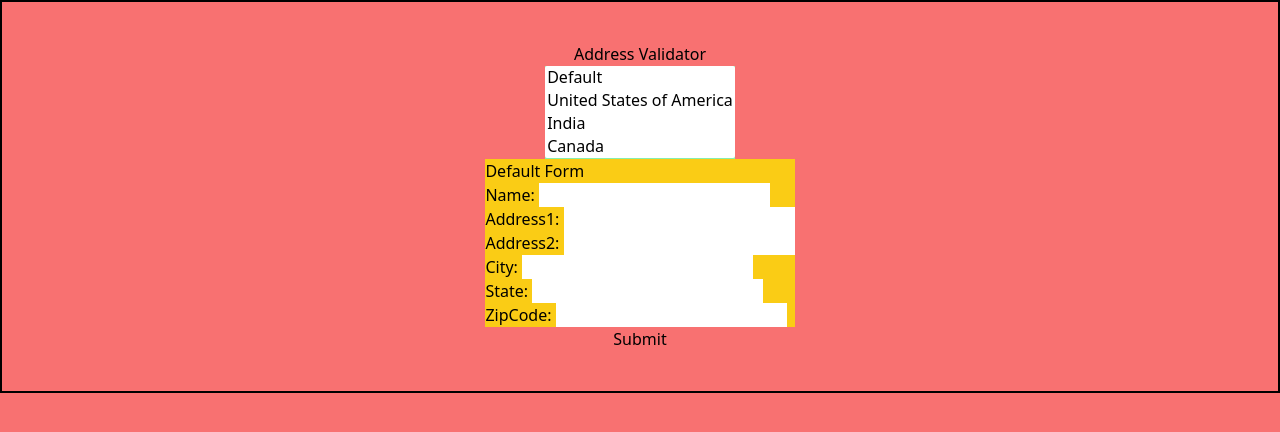
Repository: jay-singhvi/SWArchDesign_TeamProject
Page: / (app in frontend/address-validation/)
These files come from the project's save history. The page is drawn as it stood at one moment and after the next save; the edit follows.
The browser window is 1280 px wide. The pictures show the whole page.
The project was rebuilt for these pictures with package versions that can differ from the ones it lists, and the page was loaded fresh each time. Also part of the build but not shown: frontend/address-validation/src/App.css.

Above is the page before, as saved 2023-03-07 13:40:51.

After the next save:
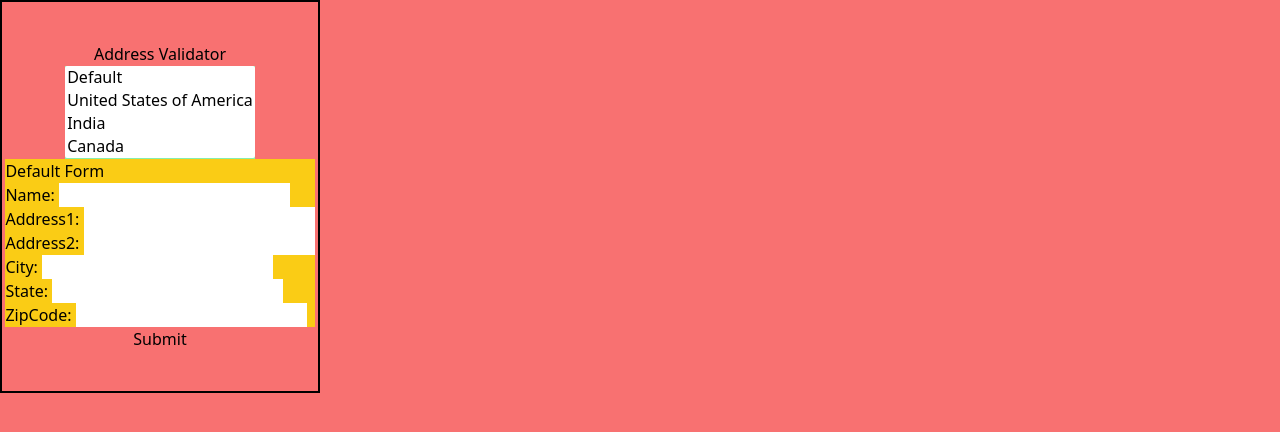
Saved 11 s later.
--- a/frontend/address-validation/src/App.js
+++ b/frontend/address-validation/src/App.js
@@ -140,7 +140,7 @@
   // Give all the options of countries to user for selection
   return (
     <div className=' items-center justify-between min-h-screen bg-red-400 '>
-    <div className='  py-10 flex flex-col items-center border-2 border-black '>
+    <div className='  py-10 flex flex-col items-center border-2 border-black w-80 '>
       <h1>Address Validator</h1>
       <div className=' bg-green-300'>
         <select multiple value={countryList} onChange={handleSelectedCountry}>

After the save that followed:
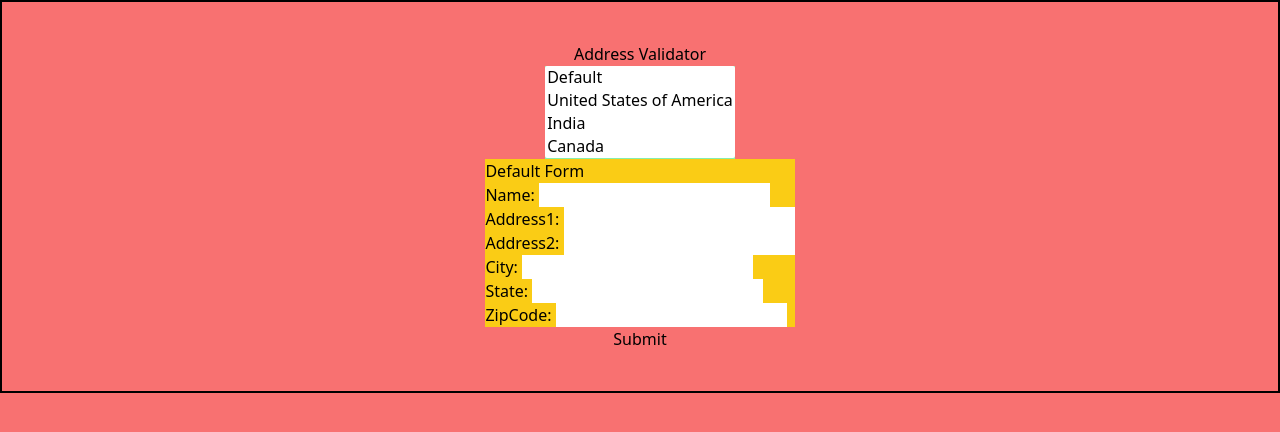
Saved 10 s later.
--- a/frontend/address-validation/src/App.js
+++ b/frontend/address-validation/src/App.js
@@ -140,7 +140,7 @@
   // Give all the options of countries to user for selection
   return (
     <div className=' items-center justify-between min-h-screen bg-red-400 '>
-    <div className='  py-10 flex flex-col items-center border-2 border-black w-80 '>
+    <div className='  py-10 flex flex-col items-center border-2 border-black'>
       <h1>Address Validator</h1>
       <div className=' bg-green-300'>
         <select multiple value={countryList} onChange={handleSelectedCountry}>
